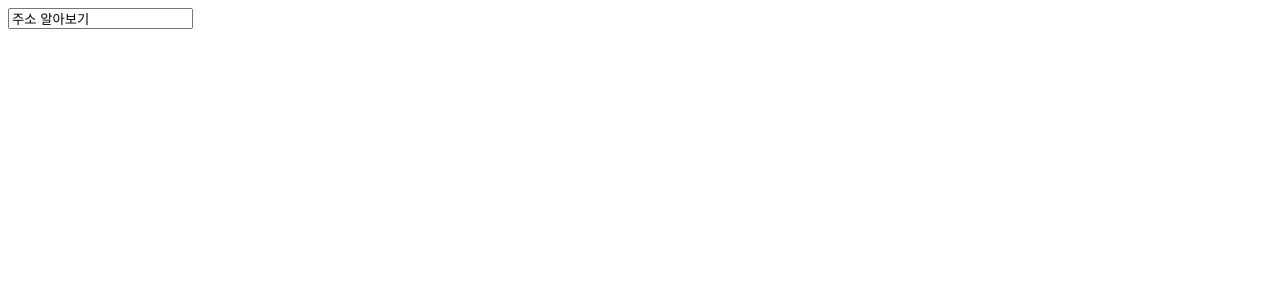
Repository: letzbegin/Study
Page: http://localhost/Javascript/BOM/Ex_02.jsp
The author's editor kept a copy of each file at every save. The page is drawn from the files as they stood at one save, then again after a run of saves.
The browser window is 1280 px wide. The pictures show the whole page.
The page is served by Tomcat 9.

Above is the page before, as saved 2018-09-14 07:18:16.
Console error: SyntaxError: Unexpected identifier '주소'

### web_javascript/00_ex/Javascript/WebContent/BOM/Ex_02.jsp
<%@ page language="java" contentType="text/html; charset=UTF-8"
    pageEncoding="UTF-8"%>
<!DOCTYPE html PUBLIC "-//W3C//DTD HTML 4.01 Transitional//EN" "http://www.w3.org/TR/html4/loose.dtd">
<html>
<head>
<meta http-equiv="Content-Type" content="text/html; charset=UTF-8">
<title>Insert title here</title>
</head>
<body>

<input type="text" onclick="alert(location.toString(), location.href);" value="주소 알아보기">



<script type="text/javascript">

<!--웹 주소 알아내기  -->


<!--
웹 주소
https://opentutorials.org/course/1375/6634?id=아이디#bookmark

https://			||프로토콜	||location.protocol
opentutorials.org	||호스트		||location.host
/course/1375/6634	||패스		||location.pathname
?id=아이디			||서치		||location.search
#bookmark			||해시		||location.hash
  -->
console.log(location.protocol, location.host, location.port, location.pathname, location.search, location.hash)

</script>
</body>
</html>

After the next 2 saves:
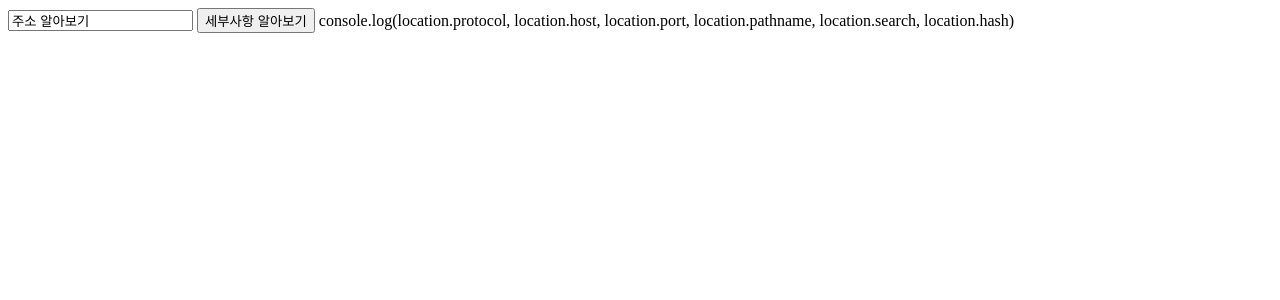
The error is gone.
The 2 saves are shown as one change because they came seconds apart.
The last was saved 49 s later.
--- a/web_javascript/00_ex/Javascript/WebContent/BOM/Ex_02.jsp
+++ b/web_javascript/00_ex/Javascript/WebContent/BOM/Ex_02.jsp
@@ -8,13 +8,12 @@
 </head>
 <body>
 
+<!--웹 주소 알아내기  -->
 <input type="text" onclick="alert(location.toString(), location.href);" value="주소 알아보기">
 
 
+<input type="button" id="detail" value="세부사항 알아보기">
 
-<script type="text/javascript">
-
-<!--웹 주소 알아내기  -->
 
 
 <!--
@@ -28,7 +27,5 @@ opentutorials.org	||호스트		||location.host
 #bookmark			||해시		||location.hash
   -->
 console.log(location.protocol, location.host, location.port, location.pathname, location.search, location.hash)
-
-</script>
 </body>
 </html>
